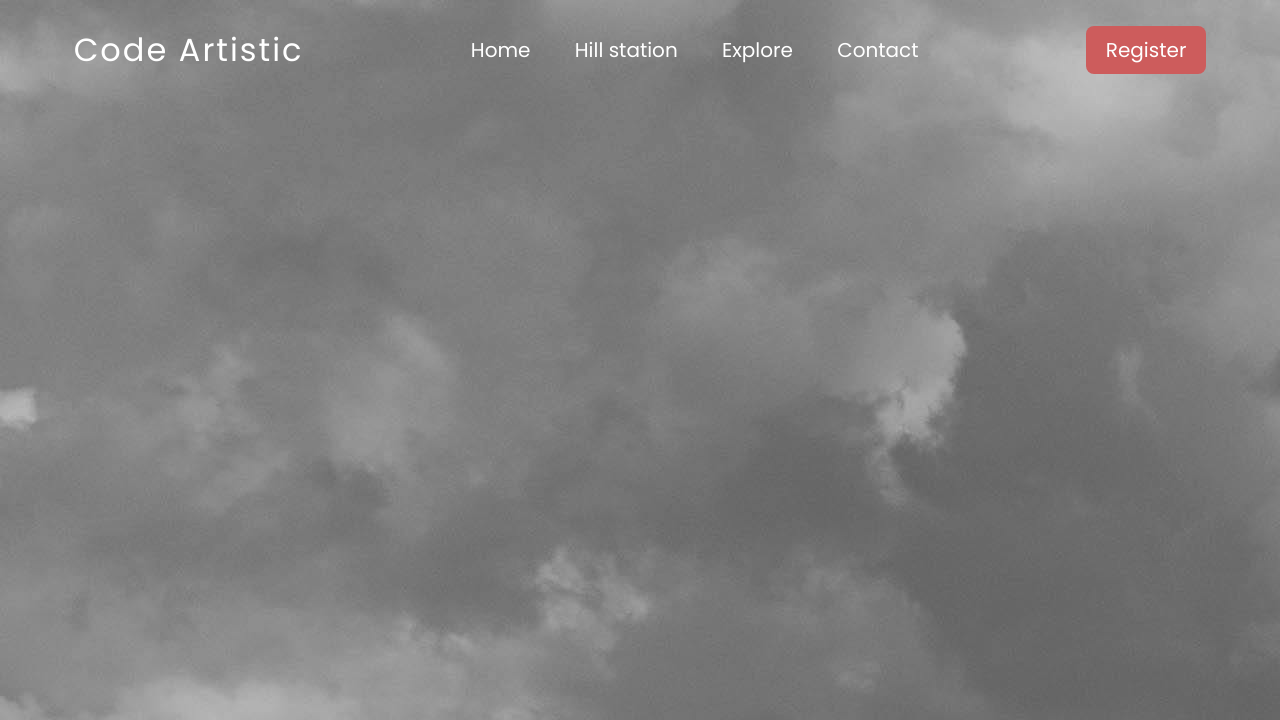
Repository: Ruxmary7/energy
Page: starter/index.html
An editor plug-in stored every save of this project. The page is shown before and after the next save, followed by the edit.
The browser window is 1280 px wide. The pictures show the whole page.

Above is the page before, as saved 2025-01-10 22:04:21.

After the next save:
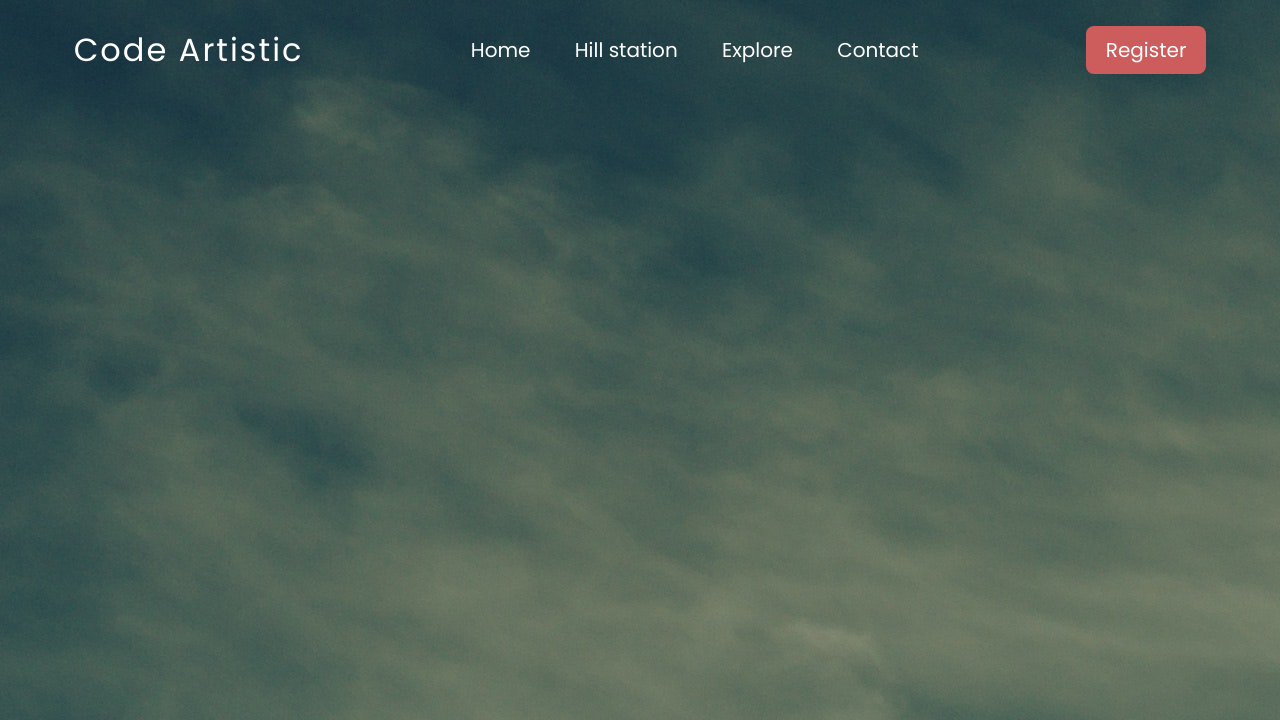
Saved 36 s later.
--- a/starter/style.css
+++ b/starter/style.css
@@ -10,7 +10,7 @@
 header {
     width: 100%;
     height: 100vh;
-    background: url(abc.jpg);
+    background: url(12.jpg);
     block-size: cover;
     font-family: Poppins, sans-serif;
  nav {
